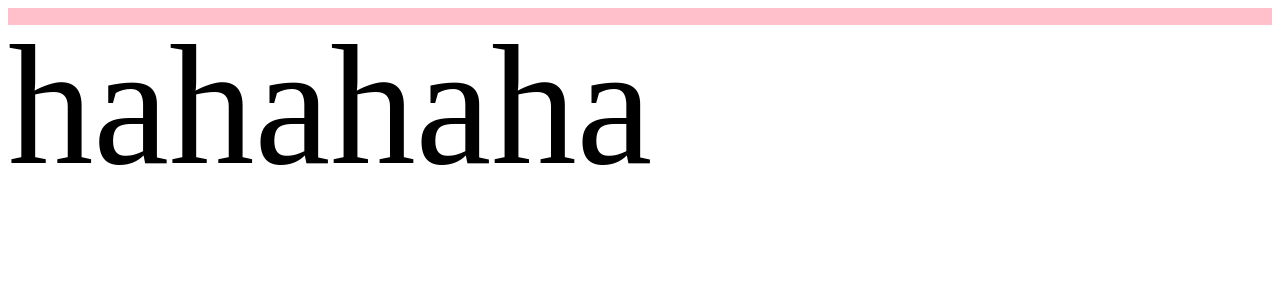
Repository: LumiereXyloto/javascript-data-structure
Page: 实现指定效果/rem.html
An editor plug-in stored every save of this project. The page is shown before and after the next save, followed by the edit.
The browser window is 1280 px wide. The pictures show the whole page.

Above is the page before, as saved 2020-02-25 00:13:28.

### 实现指定效果/rem.html
<!DOCTYPE html>
<html lang="en">
<head>
  <meta charset="UTF-8">
  <meta name='viewport' content='width=device-width,initial-scale=1,user-scale=no' />
  <title>Document</title>
  <style>
    .myDiv {
      width: 100%;
      height: .1rem;
      background-color: pink;
    }
  </style>
</head>
<body>
  <div class="myDiv">hahahaha</div>
  <script>
    // 假设设计图 750px，1rem 就是设计图中的 100px
    function changeRootFontSize() {
      document.documentElement.style.fontSize = document.documentElement.clientWidth / 7.5 + 'px';
    }
    window.addEventListener('resize', changeRootFontSize)
    changeRootFontSize()
  </script>
</body>
</html>

After the next save:
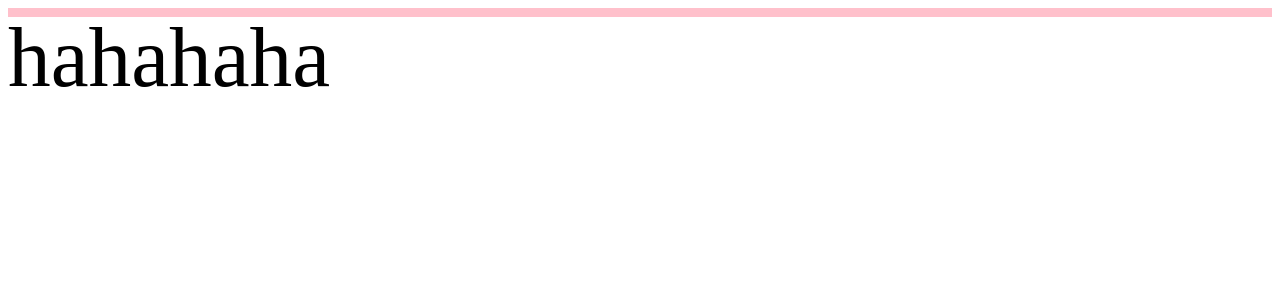
Saved 28 min 22 s later.
--- a/实现指定效果/rem.html
+++ b/实现指定效果/rem.html
@@ -15,9 +15,9 @@
 <body>
   <div class="myDiv">hahahaha</div>
   <script>
-    // 假设设计图 750px，1rem 就是设计图中的 100px
+    // 假设设计图 750px，1rem 就是设计图中的 50px
     function changeRootFontSize() {
-      document.documentElement.style.fontSize = document.documentElement.clientWidth / 7.5 + 'px';
+      document.documentElement.style.fontSize = document.documentElement.clientWidth / 15 + 'px';
     }
     window.addEventListener('resize', changeRootFontSize)
     changeRootFontSize()
